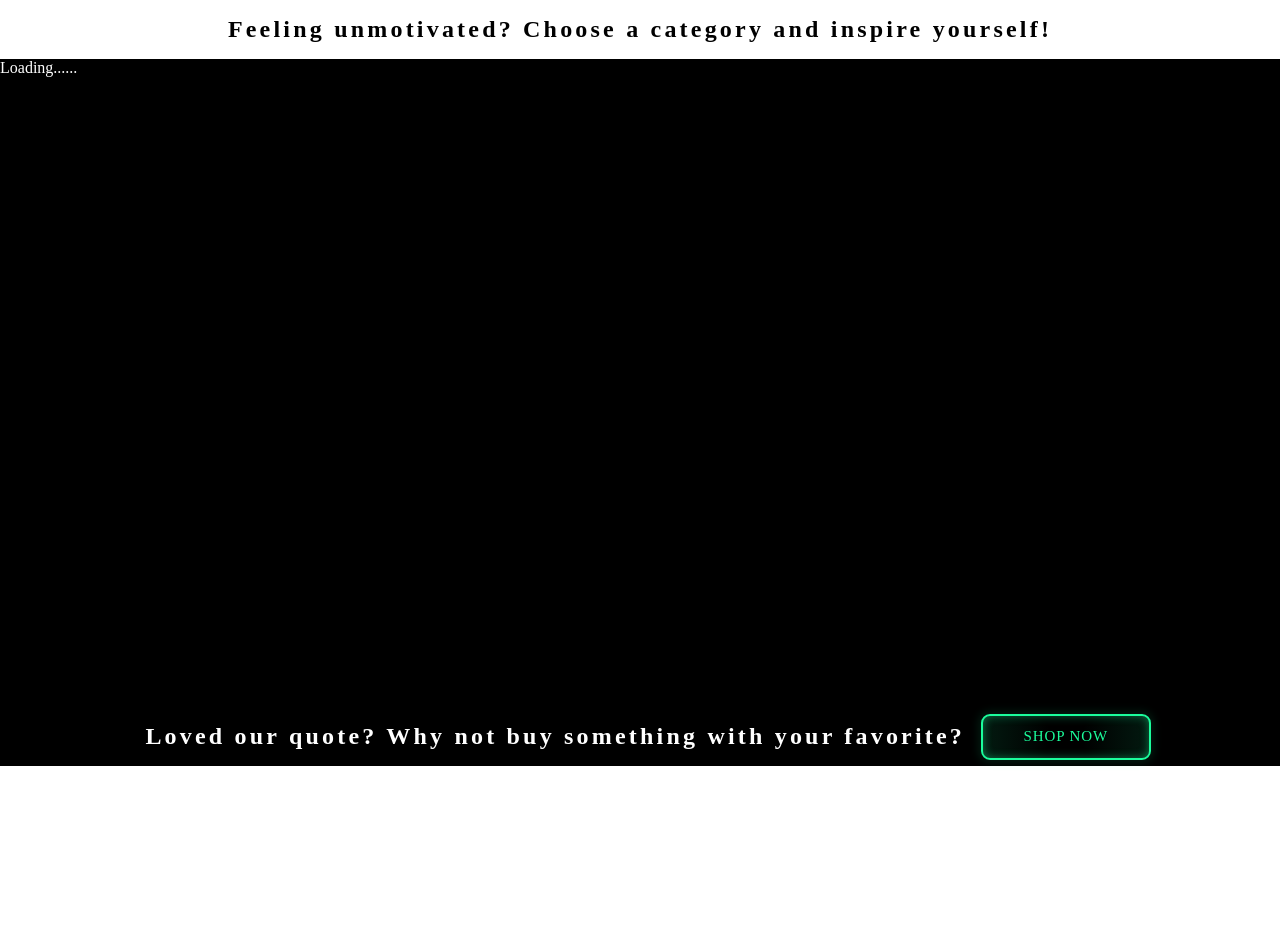
Repository: alanrceratti/motivational
Page: /
The author's editor kept a copy of each file at every save. The page is drawn from the files as they stood at one save, then again after a run of saves.
The browser window is 1280 px wide. The pictures show the whole page.
The page's requests for data from a server got no answer. Some web fonts or font styles are not loaded; a fallback is used. The project was rebuilt for these pictures with package versions that can differ from the ones it lists, and the page was loaded fresh each time. No one was signed in, and anything a server would have sent is missing. Also part of the build but not shown: webpack.config.js, src/Options.module.scss, src/Options.js, src/Components/CategorySelect.module.scss.

Above is the page before, as saved 2023-01-14 17:32:00.

### public/index.html

<!DOCTYPE html>
<html lang="en">
	<head>
		<meta charset="utf-8" />
		<link rel="icon" href="%PUBLIC_URL%/favicon.ico" />
		<link
			href="https://fonts.googleapis.com/css2?family=Patua+One&family=Unbounded:wght@400;700&display=swap"
			rel="stylesheet"
		/>

		<meta name="viewport" content="width=device-width, initial-scale=1" />
		<meta name="theme-color" content="#000000" />
		<meta
			name="description"
			content="Web site created using create-react-app"
		/>
		<link rel="apple-touch-icon" href="%PUBLIC_URL%/logo192.png" />
		<!--
      manifest.json provides metadata used when your web app is installed on a
      user's mobile device or desktop. See https://developers.google.com/web/fundamentals/web-app-manifest/
    -->
		<link rel="manifest" href="%PUBLIC_URL%/manifest.json" />
		<!--
      Notice the use of %PUBLIC_URL% in the tags above.
      It will be replaced with the URL of the `public` folder during the build.
      Only files inside the `public` folder can be referenced from the HTML.

      Unlike "/favicon.ico" or "favicon.ico", "%PUBLIC_URL%/favicon.ico" will
      work correctly both with client-side routing and a non-root public URL.
      Learn how to configure a non-root public URL by running `npm run build`.
    -->
		<title>React App</title>
	</head>
	<body>
		<noscript>You need to enable JavaScript to run this app.</noscript>
		<div id="root"></div>
		<!--
      This HTML file is a template.
      If you open it directly in the browser, you will see an empty page.

      You can add webfonts, meta tags, or analytics to this file.
      The build step will place the bundled scripts into the <body> tag.

      To begin the development, run `npm start` or `yarn start`.
      To create a production bundle, use `npm run build` or `yarn build`.
    --></body>
</html>

### src/index.js
import React from "react";
import ReactDOM from "react-dom/client";
import App from "./App";

const root = ReactDOM.createRoot(document.getElementById("root"));
root.render(
	<React.StrictMode>
		<App />
	</React.StrictMode>
);

// If you want to start measuring performance in your app, pass a function
// to log results (for example: reportWebVitals(console.log))
// or send to an analytics endpoint. Learn more: https://bit.ly/CRA-vitals

### src/App.js
import "./App.scss";
import { BrowserRouter, Routes, Route } from "react-router-dom";

import Home from "./Components/Home";
import { Loading } from "./Components/Loading";

function App() {
	return (
		<>
			<BrowserRouter>
				<Routes>
					<Route path="/" element={<Home />} />
					<Route path="/button" element={<Loading />} />
				</Routes>
			</BrowserRouter>
		</>
	);
}

export default App;

### src/App.scss
html {
	--color1: #1bfd9c;
	--color2: #82ffc9;
	--color3: #ffffff;
	--green: #1bfd9c;
	height: 100vh;
	width: 100vw;
	margin: 0px;
	padding: 0px;
	background-repeat: no-repeat;
	overflow-x: hidden;
	background-image: linear-gradient(
		160deg,
		#000000 0%,
		#000000 50%,
		#000000 100%
	);
}
body {
	margin: 0px;
	padding: 0px;
}

h1,
h2,
h3,
h4,
p {
	margin: 0px;
	color: rgb(255, 255, 255);
}

ul,
li {
	list-style: none;
	padding: 0px;
	margin: 0px;
}

img {
	display: block;
	max-width: 100%;
}

button,
input {
	display: block;
	font-size: 1rem;
	color: #333;
}

a {
	text-decoration: none;
	color: #333;
}

### src/Components/Home.js
import React from "react";
import PhraseGet from "./PhraseGet";
import Title from "./Title";
import TitleDown from "./TitleDown";

const Home = () => {
	return (
		<div>
			<Title />
			<PhraseGet />
			<TitleDown />
		</div>
	);
};

export default Home;

### src/Components/Loading.js
import React from "react";
import "./Loading.scss";

function Loading() {
	return (
		<>
			<div className="loader">
				<div className="loader-square"></div>
				<div className="loader-square"></div>
				<div className="loader-square"></div>
				<div className="loader-square"></div>
				<div className="loader-square"></div>
				<div className="loader-square"></div>
				<div className="loader-square"></div>
			</div>
		</>
	);
}

export { Loading };

### src/Components/PhraseGet.js
import React, { useEffect, useState } from "react";
import styles from "../Components/PhraseGet.module.scss";
import Options from "../Options";
import { CategorySelect } from "./CategorySelect";
import { Loading } from "./Loading";

function PhraseGet() {
	// state variable to store the selected category id
	const [categoryId, setCategoryId] = useState(1);
	// state variable to store the data retrieved from the API
	const [data, setData] = useState(null);
	// state variable to store the options for the select element
	const [options, setOptions] = useState([]);
	// state variable to indicate if the data is currently being loaded
	const [loading, setLoading] = useState(true);
	// state variable to indicate if the image is currently being loaded
	const [loadingImg, setLoadingImg] = useState(true);
	// state variable to store the current random number
	const [number, setNumber] = useState(7);
	// commented out state variable for future use, possibly for storing count of words
	// const [count, setCount] = useState(0);
	const [showSelect, setShowSelect] = useState(true);

	// Function to toggle visibility of select element
	const handleClick = () => {
		setShowSelect(!showSelect);
	};

	// Object containing arrays of numbers associated with each category
	const idLists = {
		1: [7, 8, 9, 21, 22],
		2: [10, 18, 19, 20],
		3: [11, 12],
		4: [15, 16, 17],
		5: [13, 14],
	};
	// async function fetchCount() {
	// 	const response = await fetch(
	// 		`http://127.0.0.1:200/api/categories/all/`
	// 	);
	// 	const json = await response.json();
	// 	console.log(idLists);

	// 	json.map((category) => {
	// 		const categoryId = category.id;
	// 		const phraseIds = category.phrases.map((phrase) => phrase.id);
	// 		idLists[categoryId] = phraseIds;
	// 	});
	// }
	// useEffect(() => {
	// 	fetchCount();
	// }, []);

	// function to handle changes in the category select element
	function handleChangeCategory(e) {
		// set the selected category id
		setCategoryId(e.target.value);
		const selectedCategoryId = e.target.value;
		// Retrieve previous selected numbers for current category from local storage
		const previousIdList =
			JSON.parse(
				localStorage.getItem(`previousid${selectedCategoryId}`)
			) || [];

		// filter out previously selected numbers from the array
		const filteredIdList = idLists[selectedCategoryId].filter(
			(number) => !previousIdList.includes(number)
		);

		// if there are still numbers available in filteredIdList array
		if (filteredIdList.length > 0) {
			const randomIndex = Math.floor(
				Math.random() * filteredIdList.length
			);
			// select random number from filteredIdList array
			const randomNumber = filteredIdList[randomIndex];
			// set the new random number
			setNumber(randomNumber);
			// add new randomNumber to the previousIdList array
			previousIdList.push(randomNumber);
			// store the updated previousIdList array in local storage
			localStorage.setItem(
				`previousid${selectedCategoryId}`,
				JSON.stringify(previousIdList)
			);
		} else {
			// if there are no more numbers available, remove the previousid1 array from local storage and log a message
			localStorage.removeItem(`previousid${selectedCategoryId}`);
			console.log("acabou o 1");
		}
	}

	async function fetchOptions() {
		// fetch data from api using fetch function
		const response = await fetch(
			`http://127.0.0.1:200/api/categories/all/`
		);
		// parse response to json
		const json = await response.json();
		// extract values of json object
		const arr = Object.values(json);
		// set options state
		setOptions(arr);
		// set loading state to false
		setLoading(false);
		// call fetchData function
		fetchData();
	}

	useEffect(() => {
		// call fetchOptions function when component mounts
		fetchOptions();
	}, [categoryId]);

	async function fetchData() {
		setLoadingImg(true);
		let retries = 0;
		// maximum number of retries if response status is 404
		const MAX_RETRIES = 3;
		let response;

		while (
			retries < MAX_RETRIES &&
			(response === undefined || response.status === 404)
		) {
			// try to fetch data from api
			try {
				response = await fetch(
					`http://127.0.0.1:200/api/categories/${categoryId}/phrases/?filter_by_id=${number}`
				);
				// if response status is 404, increment retries
				if (response.status === 404) {
					retries++;
				} else {
					// parse response to json
					const json = await response.json();
					// set data state
					setData(json);
					// set loadingImg state to false
					setLoadingImg(false);
				}
				// log response status and url
				console.log(
					`GET ${response.url} ${response.status} (${response.statusText})`
				);
			} catch (error) {
				// log error
				console.error("asdasdad");
			}
			// wait for 1 second before retrying
			await new Promise((resolve) => setTimeout(resolve, 1000));
		}
		// retrieve previous selected numbers for current category from local storage
		const previousIdList =
			JSON.parse(localStorage.getItem(`previousid${categoryId}`)) || [];
		// if all numbers have been selected, remove the previousid array from local storage
		if (previousIdList.length === idLists[categoryId].length) {
			localStorage.removeItem(`previousid${categoryId}`);
		}
	}

	return (
		<section className={styles.mainContainerr}>
			<CategorySelect
				options={options}
				handleChangeCategory={handleChangeCategory}
				categoryId={categoryId}
				loading={loading}
				handleClick={handleClick}
				showSelect={showSelect}
			/>
			{loadingImg ? (
				<Loading />
			) : (
				<div className={styles.um}>
					<div>
						{data && (
							<img src={data.image_url} alt="image_phrase" />
						)}
						{data ? <h1>{data.phrase}</h1> : "Loading..."}
					</div>
				</div>
			)}
		</section>
	);
}

export default PhraseGet;

### src/Components/Title.js
import React from "react";
import styles from "./Title.module.scss";

const Title = () => {
	return (
		<div className={styles.container}>
			<h1>
				Feeling unmotivated? Choose a category and inspire yourself!
			</h1>
		</div>
	);
};

export default Title;

### src/Components/TitleDown.js
import React from "react";
import styles from "./TitleDown.module.scss";

const TitleDown = () => {
	return (
		<section>
			<div className={styles.container}>
				<h1>
					Loved our quote? Why not buy something with your favorite?
				</h1>
				<button className={styles.button2}> SHOP NOW</button>
			</div>
		</section>
	);
};

export default TitleDown;

### src/Components/Loading.scss
@keyframes square-animation {
	0% {
		left: 0;
		top: 0;
	}

	10.5% {
		left: 0;
		top: 0;
	}

	12.5% {
		left: 32px;
		top: 0;
	}

	23% {
		left: 32px;
		top: 0;
	}

	25% {
		left: 64px;
		top: 0;
	}

	35.5% {
		left: 64px;
		top: 0;
	}

	37.5% {
		left: 64px;
		top: 32px;
	}

	48% {
		left: 64px;
		top: 32px;
	}

	50% {
		left: 32px;
		top: 32px;
	}

	60.5% {
		left: 32px;
		top: 32px;
	}

	62.5% {
		left: 32px;
		top: 64px;
	}

	73% {
		left: 32px;
		top: 64px;
	}

	75% {
		left: 0;
		top: 64px;
	}

	85.5% {
		left: 0;
		top: 64px;
	}

	87.5% {
		left: 0;
		top: 32px;
	}

	98% {
		left: 0;
		top: 32px;
	}

	100% {
		left: 0;
		top: 0;
	}
}

.loader {
	position: relative;
	width: 70vw;
	height: 90vh;
	transform: rotate(45deg);
	margin: 0 auto;
	justify-items: center;
	align-items: center;
	display: flex;
}

.loader-square {
	position: absolute;
	top: 0;
	left: 0;
	width: 28px;
	height: 28px;
	margin: 2px;
	border-radius: 0px;
	background: white;
	background-size: cover;
	background-position: center;
	background-attachment: fixed;
	animation: square-animation 10s ease-in-out infinite both;
}

.loader-square:nth-of-type(0) {
	animation-delay: 0s;
}

.loader-square:nth-of-type(1) {
	animation-delay: -1.4285714286s;
}

.loader-square:nth-of-type(2) {
	animation-delay: -2.8571428571s;
}

.loader-square:nth-of-type(3) {
	animation-delay: -4.2857142857s;
}

.loader-square:nth-of-type(4) {
	animation-delay: -5.7142857143s;
}

.loader-square:nth-of-type(5) {
	animation-delay: -7.1428571429s;
}

.loader-square:nth-of-type(6) {
	animation-delay: -8.5714285714s;
}

.loader-square:nth-of-type(7) {
	animation-delay: -10s;
}

### src/Components/PhraseGet.module.scss
.mainContainerr {
	display: grid;
	grid-template-columns: auto 2fr;
	height: 100%;

	.options {
		grid-column: 1/2;
		grid-row: 1/3;
		max-width: fit-content;
		option {
			font-size: 1.5rem;
			text-align: left;
			color: rgb(255, 255, 255);
		}

		select {
			margin: 0 auto;
			margin-top: 1.5rem;
			font-family: "Patua One";
			font-size: 1.5rem;
			position: relative;
			padding: 1em 1.8em;
			outline: none;
			text-align: center;
			border: 1px solid #303030;
			background: #040404;
			color: var(--color1);
			text-transform: uppercase;
			letter-spacing: 2px;

			overflow: hidden;
			-webkit-transition: 0.2s;
			transition: 0.2s;
			border-radius: 10px;
			cursor: pointer;
			font-weight: bold;
		}
	}

	.um {
		div {
			display: flex;
			height: 80vh;
			margin: 3rem;
			width: 80vw;
			position: static;
			justify-content: center;
			align-items: center;
		}
		img {
			aspect-ratio: 7/4;
			width: 60vw;
			object-fit: fill;
			border: 2px inset #000000;
			border-radius: 100px 250px 100px 250px;
			opacity: 0.9;
			position: absolute;
		}
		h1 {
			width: 50%;

			margin: auto;
			margin-top: 15rem;
			z-index: 100;
			backdrop-filter: blur(12px) saturate(176%);
			-webkit-backdrop-filter: blur(12px) saturate(176%);
			background-color: rgba(0, 0, 0, 0.3);
			letter-spacing: 0.25rem;
			font-size: 4rem;
			font-family: "Patua One";
			text-align: center;
			text-shadow: rgb(0, 0, 0) 0.3rem 0px 0px,
				rgb(0, 0, 0) 0.54px 0.84px 0px, rgb(0, 0, 0) -0.41px 0.9px 0px,
				rgb(0, 0, 0) -0.98px 0.14px 0px,
				rgb(0, 0, 0) -0.65px -0.75px 0px,
				rgb(0, 0, 0) 0.28px -0.95px 0px, rgb(0, 0, 0) 0.96px -0.27px 0px;
		}
	}
}
/* <link href="https://fonts.googleapis.com/css2?family=Cabin+Sketch:wght@400;700&family=Patua+One&family=Rubik+80s+Fade&family=Yeseva+One&display=swap" rel="stylesheet"> */

/*  */

### src/Components/CategorySelect.js
import React from "react";
import Options from "../Options";
import styles from "./CategorySelect.module.scss";

function CategorySelect(props) {
	const { options, handleChangeCategory, loading, handleClick, showSelect } =
		props;

	return (
		<section className={styles.mainContainerr}>
			{loading ? (
				<p>Loading......</p>
			) : (
				<div className={styles.options}>
					<Options onClick={handleClick} />
					<select
						style={{ display: showSelect ? "block" : "none" }}
						onChange={handleChangeCategory}
					>
						{options.map((option) => (
							<option key={option.id} value={option.id}>
								{option.category_name}
							</option>
						))}
					</select>
				</div>
			)}
		</section>
	);
}

export { CategorySelect };

### src/Components/Title.module.scss
.container {
	width: 100vw;
	height: fit-content;
	display: flex;
	justify-content: center;
	align-items: center;
	background-color: rgb(255, 255, 255);
	margin: auto;

	h1 {
		font-family: "Unbounded";
		font-size: 1.5rem;
		letter-spacing: 0.2rem;
		text-align: center;
		margin: 1rem;
		color: rgb(0, 0, 0);
	}
}

### src/Components/TitleDown.module.scss
.container {
	width: 100vw;
	height: fit-content;
	display: flex;
	justify-content: center;
	align-items: center;
	background-color: rgb(0, 0, 0);
	margin: auto;

	h1 {
		font-family: "Unbounded";
		font-size: 1.5rem;
		letter-spacing: 0.2rem;
		text-align: center;
		margin: 1rem;
		color: rgb(255, 255, 255);
	}
}
.button2 {
	color: var(--green);
	font-size: 15px;
	padding: 0.7em 2.7em;
	letter-spacing: 0.06em;
	position: relative;
	font-family: inherit;
	border-radius: 0.6em;
	overflow: hidden;
	transition: all 0.3s;
	line-height: 1.4em;
	border: 2px solid var(--green);
	background: linear-gradient(
		to right,
		rgba(27, 253, 156, 0.1) 1%,
		transparent 40%,
		transparent 60%,
		rgba(27, 253, 156, 0.1) 100%
	);
	color: var(--green);
	box-shadow: inset 0 0 10px rgba(27, 253, 156, 0.4),
		0 0 9px 3px rgba(27, 253, 156, 0.1);
}

.button2:hover {
	color: #82ffc9;
	box-shadow: inset 0 0 10px rgba(27, 253, 156, 0.6),
		0 0 9px 3px rgba(27, 253, 156, 0.2);
	cursor: pointer;
}

.button2:before {
	content: "";
	position: absolute;
	left: -4em;
	width: 4em;
	height: 100%;
	top: 0;
	transition: transform 0.4s ease-in-out;
	background: linear-gradient(
		to right,
		transparent 1%,
		rgba(27, 253, 156, 0.1) 40%,
		rgba(27, 253, 156, 0.1) 60%,
		transparent 100%
	);
}

.button2:hover:before {
	transform: translateX(15em);
}

After the next 2 saves:
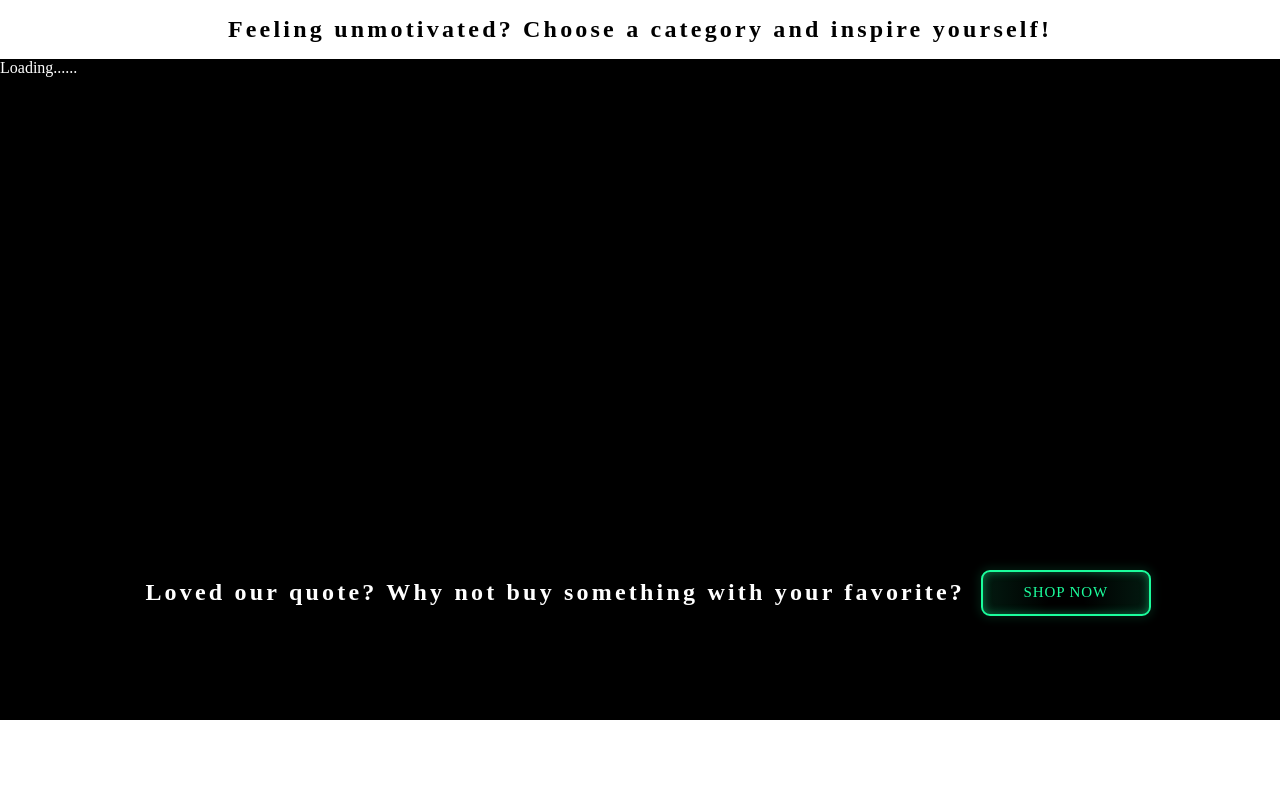
The 2 saves are shown as one change because they came seconds apart.
The last was saved 9 s later.
--- a/src/Components/Loading.scss
+++ b/src/Components/Loading.scss
@@ -88,12 +88,11 @@
 .loader {
 	position: relative;
 	width: 70vw;
-	height: 90vh;
+	height: 70vh;
 	transform: rotate(45deg);
 	margin: 0 auto;
 	justify-items: center;
 	align-items: center;
-	display: flex;
 }
 
 .loader-square {
